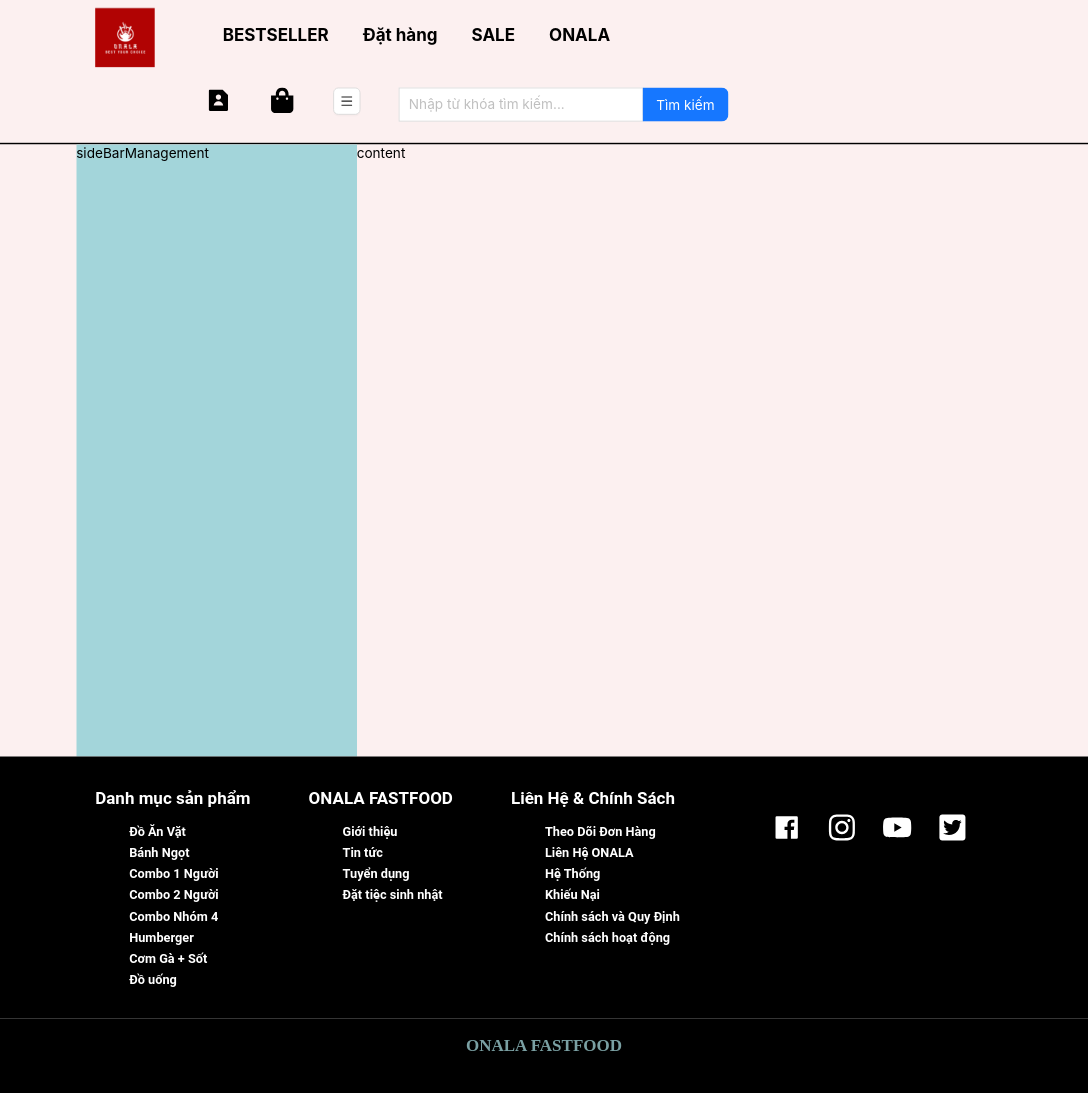
Repository: tranlan149/ONALA
Page: /account
These files come from the project's save history. The page is drawn as it stood at one moment and after the next save; the edit follows.
The browser window is 1280 px wide. The pictures show the whole page, at 85% of full size.
The project was rebuilt for these pictures with package versions that can differ from the ones it lists, and the page was loaded fresh each time. Also part of the build but not shown: src/Components/Search/Search.css, src/Pages/BestSeller/index.js, src/Pages/ONALA/index.js, src/Pages/Sale/index.js, src/Pages/Recommend/index.js, src/Pages/Register/RegisterForm.module.css, src/Pages/Register/index.js, src/Pages/Login/LoginForm.module.css and 12 more.

Above is the page before, as saved 2025-02-11 15:23:50.

### src/App.js
import { Route, Routes } from 'react-router-dom';
import './App.css';
import Layout from './Layout';
import BestSeller from './Pages/BestSeller';
import ONALA from './Pages/ONALA';
import Sale from './Pages/Sale';
import Recommend from './Pages/Recommend';
import Register from './Pages/Register';
import Login from './Pages/Login';
import Order from './Pages/Order';
import Cart from './Pages/Cart';
import Home from './Pages/Home';
import AccountPage from './Pages/Account';

function App() {
  return (
    <>
      <Routes>
          <Route path='/' element={<Layout/>}>
            <Route path='/' element={<Home/>} />
            <Route path='/bestseller' element={<BestSeller/>} />
            <Route path='/account' element={<AccountPage/>} />
            <Route path='/recommend' element={<Recommend/>} />
            <Route path='/order' element={<Order/>} />
            <Route path='/cart' element={<Cart/>} />
            <Route path='/onala' element={<ONALA/>} />
            <Route path='sale' element={<Sale/>} />
            <Route path= 'register' element = {<Register/>}/>

          </Route>





      </Routes>
    </>
  );
}

export default App;

### src/App.css
.App {
  text-align: center;
}

.App-logo {
  height: 40vmin;
  pointer-events: none;
}

@media (prefers-reduced-motion: no-preference) {
  .App-logo {
    animation: App-logo-spin infinite 20s linear;
  }
}

.App-header
{
  background-color: #282c34;
  min-height: 100vh;
  display: flex;
  flex-direction: column;
  align-items: center;
  justify-content: center;
  font-size: calc(10px + 2vmin);
  color: white;
}
.layout_main {
  background-color: #FCF0F0;
}

.App-link {
  color: #61dafb;
}

@keyframes App-logo-spin {
  from {
    transform: rotate(0deg);
  }
  to {
    transform: rotate(360deg);
  }
}

### src/Pages/Account/index.js
import Login from "../Login";
import UserManagement from "../UserManagement";
function AccountPage() {
    const isLogin = true;
    return (
        <>
            {isLogin ? <UserManagement/> : <Login/>}
        </>
    );
}

export default AccountPage;

### src/Components/Search/Search.js
import React, { useState } from 'react';
import { Input } from 'antd';
import './Search.css';

const { Search } = Input;

const SearchBar = ({ onSearch }) => {
  return (
    <Search
      placeholder="Nhập từ khóa tìm kiếm..."
      allowClear
      enterButton="Tìm kiếm"
      size="large"
      onSearch={onSearch} // Gọi hàm khi nhấn Enter hoặc nút Tìm kiếm
    />
  );
};

export default SearchBar;

### src/Layout/style.css
.layout{
    box-sizing: border-box;
    margin:0px;
    display: flex;
    flex-direction: column;
    min-height: 100vh;
}
.layout_header{
    display:flex;
    padding-left: 112px;
    padding-right: auto;
    padding-top: 9px;
    padding-bottom: 9px;
    flex-wrap: wrap;
    background-color: #FCF0F0;
    border-bottom: 2px solid #000000;


}
.layout_main {
    flex: 1;
}
.layout_menu_1 > ul {
    display: flex;
    list-style: none ;
    margin-top: 20px;
}

.layout_menu_1 > ul > li{
    margin-left: 40px;
}
.layout_menu_1 > ul > li> a{
    text-decoration: none;
    color: #000;
    font-weight: bold;
    font-size: 20px;
}
.layout_menu_2 {
     margin-left: 90px;
}
.layout_menu_2 > ul{
    display: flex;
    list-style: none ;
    margin-top: 20px;
}

.layout_menu_2 > ul > li{
    margin-right: 45px;
}
.layout_footer{
    display: flex;
    padding-left: 112px;
    padding-right: auto;

    background-color: #000000;
    margin-top: 50px;
    justify-content: space-between;
    padding: 20px 112px;
    background-color: #000;
    color: white;

    margin-top: auto;
}
.footer_1{
    margin-right: 30px;
}
.footer_1 > ul {
    list-style: none;
}
.footer_1 > ul > li{
    margin-top: 5px;
}
.footer_1 > ul > li > a{
    text-decoration: none;
    color:#fff;
    font-size: 15px;
    font-family: Roboto;

}
.footer_1 > h2{
    font-size: 20px;
    font-family: Roboto;
}
.footer_2 > ul{
    display: flex;
    list-style: none;
    padding-top: 30px;
}
.footer_2 > ul > li{
    margin-right: 30px;


}

### src/Components/dropdown/MenuDropdown.js
import { Menu, Dropdown, Button } from "antd";
import { MenuOutlined } from "@ant-design/icons";

const menu = (
  <Menu>
    <Menu.Item key="1">
        <h2>Danh mục sản phẩm</h2>
        <ul>
            <li>Đồ Ăn Vặt</li>
            <li>Bánh Ngọt</li>
            <li>Combo 1 Người</li>
            <li>Combo 2 Người</li>
            <li>Combo Nhóm 4</li>
            <li>Humberger</li>
            <li>Cơm Gà + Sốt</li>
            <li>Đồ Uống</li>
        </ul>
    </Menu.Item>
    <Menu.Item key="2">
        <h2>ONALA </h2>
        <ul>
            <li>Giới thiệu</li>
            <li>Tin tức </li>
            <li>Tuyển dụng </li>
            <li>Đặt tiệc sinh nhật </li>
        </ul>
    </Menu.Item>
    <Menu.Item key="3">
        <h2>Liên Hệ & Chính Sách </h2>
        <ul>
            <li>Theo Dõi Đơn Hàng </li>
            <li>Liên Hệ ONALA </li>
            <li>Hệ Thống </li>
            <li>Khiếu Nại </li>
            <li>Chính sách và Quy Định</li>
            <li>Chính sách hoạt động </li>
        </ul>
    </Menu.Item>
  </Menu>
);

function MenuDropdown() {
  return (
    <Dropdown overlay={menu} trigger={["click"]}>
      <Button icon={<MenuOutlined />}></Button>
    </Dropdown>
  );
}

export default MenuDropdown;

### src/Pages/DangNhap/style.css

.contentForm {
    margin: 80px 164px;
    display: flex;
    flex-direction: row;
    font-weight: 600;
}
:link {
    font-weight: 600;
}
.formContainer {
    margin-left: 176px;
}
.right-align {
    text-align: right;
    font-size: 20px;
    cursor: pointer;
}

a {
    text-decoration: none;
    color: black;
}
.underlineInput {
    width: 520px;
    border: none;
    border-bottom: 1px solid #000;
    outline: none;
    padding: 8px;
    font-size: 20px;
    background-color: #FCF0F0;

}
:where(.css-dev-only-do-not-override-cdzvx5) .underlineInput:focus,
:where(.css-dev-only-do-not-override-cdzvx5) .underlineInput:hover {

    background-color: #FCF0F0 !important;
}
:where(.css-dev-only-do-not-override-cdzvx5) .retrieveInput {
    background-color: #ffffff !important;
    font-size: 14px ;
    width: 630px;
    border-bottom: 1px solid #E53737;
}
.underlineInput:hover {
    background-color: #FCF0F0;
    border-bottom: 1px solid #4CAF50;

}
.underlineInput:focus,
.underlineInput:focus-within {
    border-bottom-color: #4CAF50;
    background-color: #FCF0F0;

}
.retrieveInput:hover {
    background-color: #ffffff !important;


}
.retrieveInput:focus,
.retrieveInput:focus-within {
    border-bottom-color: #4CAF50 ;
    background-color: #ffffff !important;

}



.ant-input-affix-wrapper,
.ant-input
{
    border-radius: 0 !important;
}

:where(.css-dev-only-do-not-override-cdzvx5) .ant-col-offset-8 {
    margin: 0 !important;
}
:where(.css-dev-only-do-not-override-cdzvx5) .ant-input:focus,
:where(.css-dev-only-do-not-override-cdzvx5).ant-input-outlined:focus,
:where(.css-dev-only-do-not-override-cdzvx5).ant-input-outlined:focus-within,
:where(.css-dev-only-do-not-override-cdzvx5).ant-input-outlined,
:where(.css-dev-only-do-not-override-cdzvx5).ant-input-outlined.ant-input-status-error:not(.ant-input-disabled):focus,
:where(.css-dev-only-do-not-override-cdzvx5).ant-input-outlined.ant-input-status-error:not(.ant-input-disabled):focus,
:where(.css-dev-only-do-not-override-cdzvx5).ant-input-outlined.ant-input-status-error:not(.ant-input-disabled):focus-within,
:where(.css-dev-only-do-not-override-cdzvx5).ant-input-outlined.ant-input-status-error:not(.ant-input-disabled):hover
{
    outline: none;
    box-shadow: none;
}

:where(.css-dev-only-do-not-override-cdzvx5).ant-input-outlined.ant-input-status-error:not(.ant-input-disabled):focus,
:where(.css-dev-only-do-not-override-cdzvx5).ant-input-outlined.ant-input-status-error:not(.ant-input-disabled):focus,
:where(.css-dev-only-do-not-override-cdzvx5).ant-input-outlined.ant-input-status-error:not(.ant-input-disabled):focus-within,
:where(.css-dev-only-do-not-override-cdzvx5).ant-input-outlined.ant-input-status-error:not(.ant-input-disabled):hover {
    background-color: #FCF0F0;
}
:where(.css-dev-only-do-not-override-cdzvx5).ant-input-outlined.ant-input-status-error:not(.ant-input-disabled){
    border: none; /* Bỏ các đường viền mặc định */
    border-bottom: 1px solid #ff4d4f;
    background-color: #FCF0F0;

}
:where(.css-dev-only-do-not-override-cdzvx5).ant-col-8 {
    flex: 0;
}
:where(.css-dev-only-do-not-override-cdzvx5).ant-col-16 {
    max-width: 100% !important;
}
:where(.css-dev-only-do-not-override-cdzvx5).ant-checkbox-wrapper.ant-checkbox-wrapper-in-form-item input[type="checkbox"],
:where(.css-dev-only-do-not-override-cdzvx5).ant-checkbox .ant-checkbox-inner{
    width: 28px;
    height: 28px;
}


.ant-modal .ant-modal-title {
    text-align: center;
    font-size: 20px;
    padding: 0 115px;
}
.ant-modal-body >p {
    text-align: center;
}

### src/Pages/Login/style.css

.contentForm {
    margin: 80px 164px;
    display: flex;
    flex-direction: row;
    font-weight: 600;
}
:link {
    font-weight: 600;
}
.formContainer {
    margin-left: 176px;
}
.right-align {
    text-align: right;
    font-size: 20px;
    cursor: pointer;
}

a {
    text-decoration: none;
    color: black;
}
.underlineInput {
    width: 520px;
    border: none;
    border-bottom: 1px solid #000;
    outline: none;
    padding: 8px;
    font-size: 20px;
    background-color: #FCF0F0;

}
:where(.css-dev-only-do-not-override-cdzvx5) .underlineInput:focus,
:where(.css-dev-only-do-not-override-cdzvx5) .underlineInput:hover {

    background-color: #FCF0F0 !important;
}
:where(.css-dev-only-do-not-override-cdzvx5) .retrieveInput {
    background-color: #ffffff !important;
    font-size: 14px ;
    width: 630px;
    border-bottom: 1px solid #E53737;
}
.underlineInput:hover {
    background-color: #FCF0F0;
    border-bottom: 1px solid #4CAF50;

}
.underlineInput:focus,
.underlineInput:focus-within {
    border-bottom-color: #4CAF50;
    background-color: #FCF0F0;

}
.retrieveInput:hover {
    background-color: #ffffff !important;


}
.retrieveInput:focus,
.retrieveInput:focus-within {
    border-bottom-color: #4CAF50 ;
    background-color: #ffffff !important;

}



.ant-input-affix-wrapper,
.ant-input
{
    border-radius: 0 !important;
}

:where(.css-dev-only-do-not-override-cdzvx5) .ant-col-offset-8 {
    margin: 0 !important;
}
:where(.css-dev-only-do-not-override-cdzvx5) .ant-input:focus,
:where(.css-dev-only-do-not-override-cdzvx5).ant-input-outlined:focus,
:where(.css-dev-only-do-not-override-cdzvx5).ant-input-outlined:focus-within,
:where(.css-dev-only-do-not-override-cdzvx5).ant-input-outlined,
:where(.css-dev-only-do-not-override-cdzvx5).ant-input-outlined.ant-input-status-error:not(.ant-input-disabled):focus,
:where(.css-dev-only-do-not-override-cdzvx5).ant-input-outlined.ant-input-status-error:not(.ant-input-disabled):focus,
:where(.css-dev-only-do-not-override-cdzvx5).ant-input-outlined.ant-input-status-error:not(.ant-input-disabled):focus-within,
:where(.css-dev-only-do-not-override-cdzvx5).ant-input-outlined.ant-input-status-error:not(.ant-input-disabled):hover
{
    outline: none;
    box-shadow: none;
}

:where(.css-dev-only-do-not-override-cdzvx5).ant-input-outlined.ant-input-status-error:not(.ant-input-disabled):focus,
:where(.css-dev-only-do-not-override-cdzvx5).ant-input-outlined.ant-input-status-error:not(.ant-input-disabled):focus,
:where(.css-dev-only-do-not-override-cdzvx5).ant-input-outlined.ant-input-status-error:not(.ant-input-disabled):focus-within,
:where(.css-dev-only-do-not-override-cdzvx5).ant-input-outlined.ant-input-status-error:not(.ant-input-disabled):hover {
    background-color: #FCF0F0;
}
:where(.css-dev-only-do-not-override-cdzvx5).ant-input-outlined.ant-input-status-error:not(.ant-input-disabled){
    border: none; /* Bỏ các đường viền mặc định */
    border-bottom: 1px solid #ff4d4f;
    background-color: #FCF0F0;

}
:where(.css-dev-only-do-not-override-cdzvx5).ant-col-8 {
    flex: 0;
}
:where(.css-dev-only-do-not-override-cdzvx5).ant-col-16 {
    max-width: 100% !important;
}
:where(.css-dev-only-do-not-override-cdzvx5).ant-checkbox-wrapper.ant-checkbox-wrapper-in-form-item input[type="checkbox"],
:where(.css-dev-only-do-not-override-cdzvx5).ant-checkbox .ant-checkbox-inner{
    width: 28px;
    height: 28px;
}


.ant-modal .ant-modal-title {
    text-align: center;
    font-size: 20px;
    padding: 0 115px;
}
.ant-modal-body >p {
    text-align: center;
}

### src/Pages/UserManagement/index.js
import { UserOutlined } from "@ant-design/icons";
import './style.css'

function UserManagement() {
    return (
        <div className="managementContainer">
            <div className="sideBarManagement">
                sideBarManagement
            </div>
            <div className="contentManagement">
                content
            </div>
        </div>
    );
}

export default UserManagement;

### src/Pages/UserManagement/style.css
.managementContainer {
    display: flex;
    flex-direction: row;
    margin-left: 7%;
}

.sideBarManagement {
    width: 330px;
    background-color: #A3D5DA;
    height: 100vh;
}

.contentManagement {

}

Loaded but not shown: public/index.html (common file); src/index.js (common file); src/index.css (common file); src/reportWebVitals.js (common file); src/Layout/index.js (162 lines, source omitted)

After the next save:
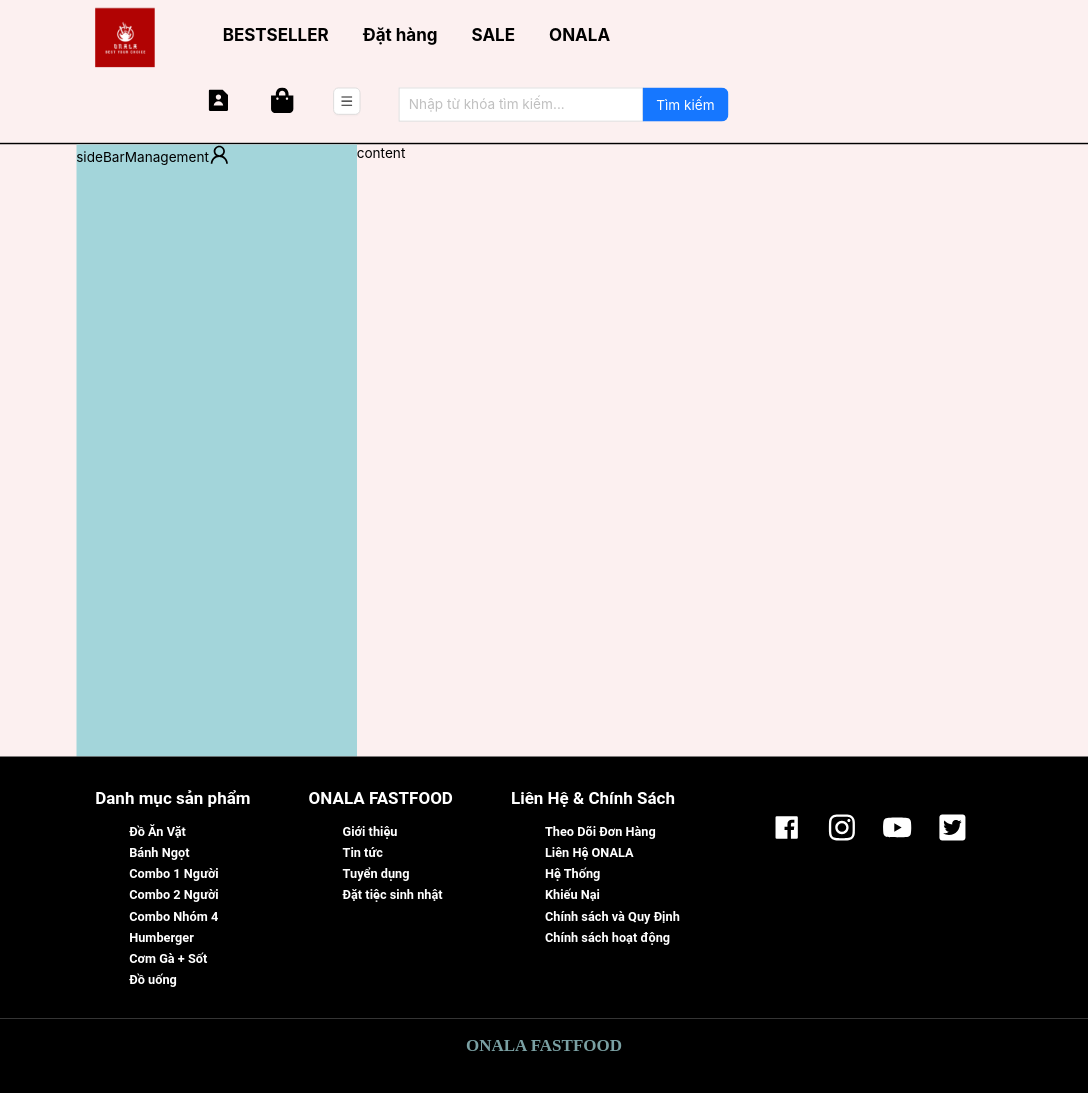
Saved 20 s later.
--- a/src/Pages/UserManagement/index.js
+++ b/src/Pages/UserManagement/index.js
@@ -6,6 +6,7 @@
         <div className="managementContainer">
             <div className="sideBarManagement">
                 sideBarManagement
+                <UserOutlined style={{ fontSize: 24 }} />
             </div>
             <div className="contentManagement">
                 content

After the 4 saves that followed:
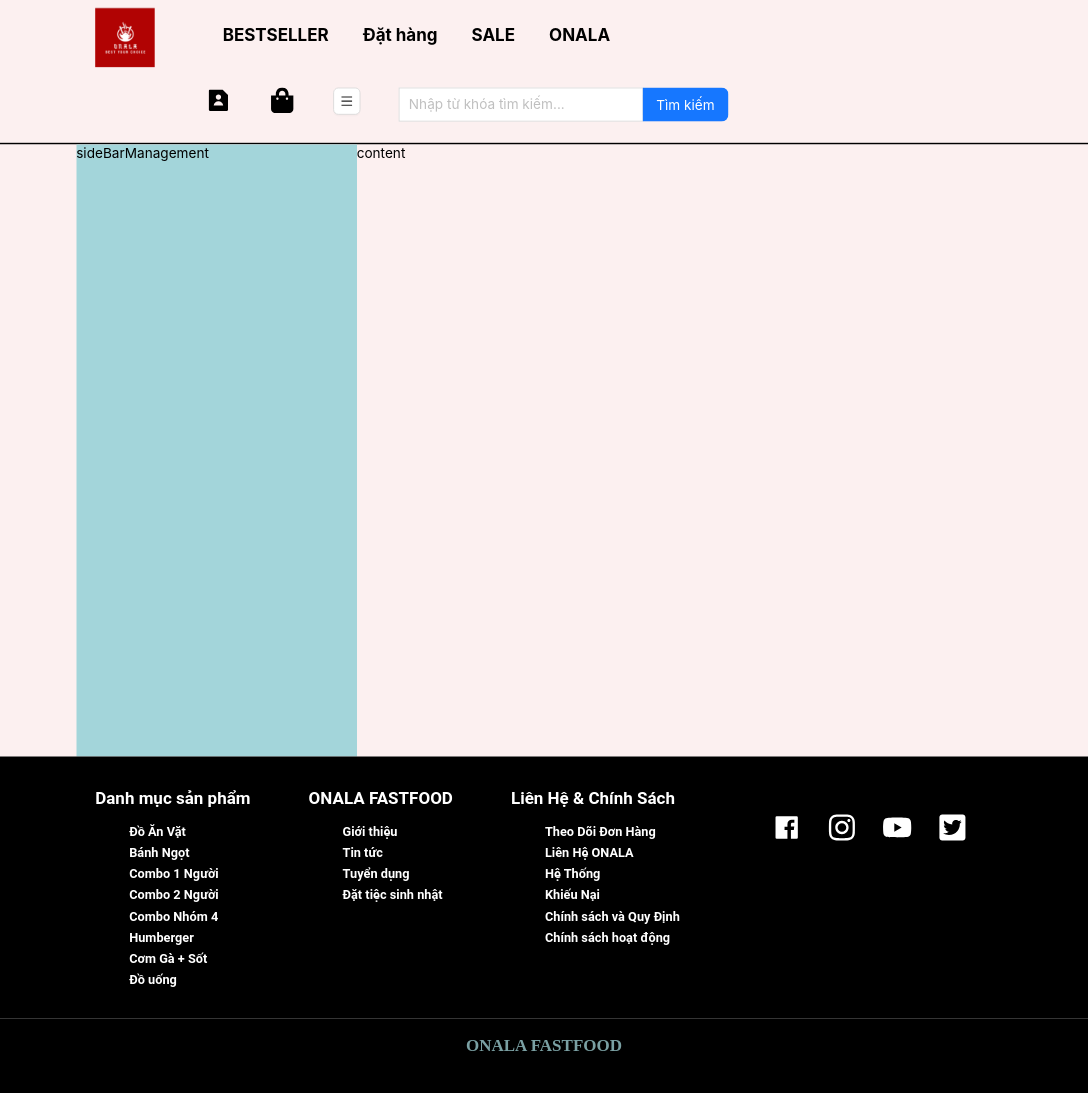
The 4 saves are shown as one change because 1 did not build or start and 1 left the picture as it was and some came seconds apart.
The last was saved 119 s later.
--- a/src/Pages/UserManagement/index.js
+++ b/src/Pages/UserManagement/index.js
@@ -1,4 +1,3 @@
-import { UserOutlined } from "@ant-design/icons";
 import './style.css'
 
 function UserManagement() {
@@ -6,7 +5,8 @@
         <div className="managementContainer">
             <div className="sideBarManagement">
                 sideBarManagement
-                <UserOutlined style={{ fontSize: 24 }} />
+
+
             </div>
             <div className="contentManagement">
                 content
